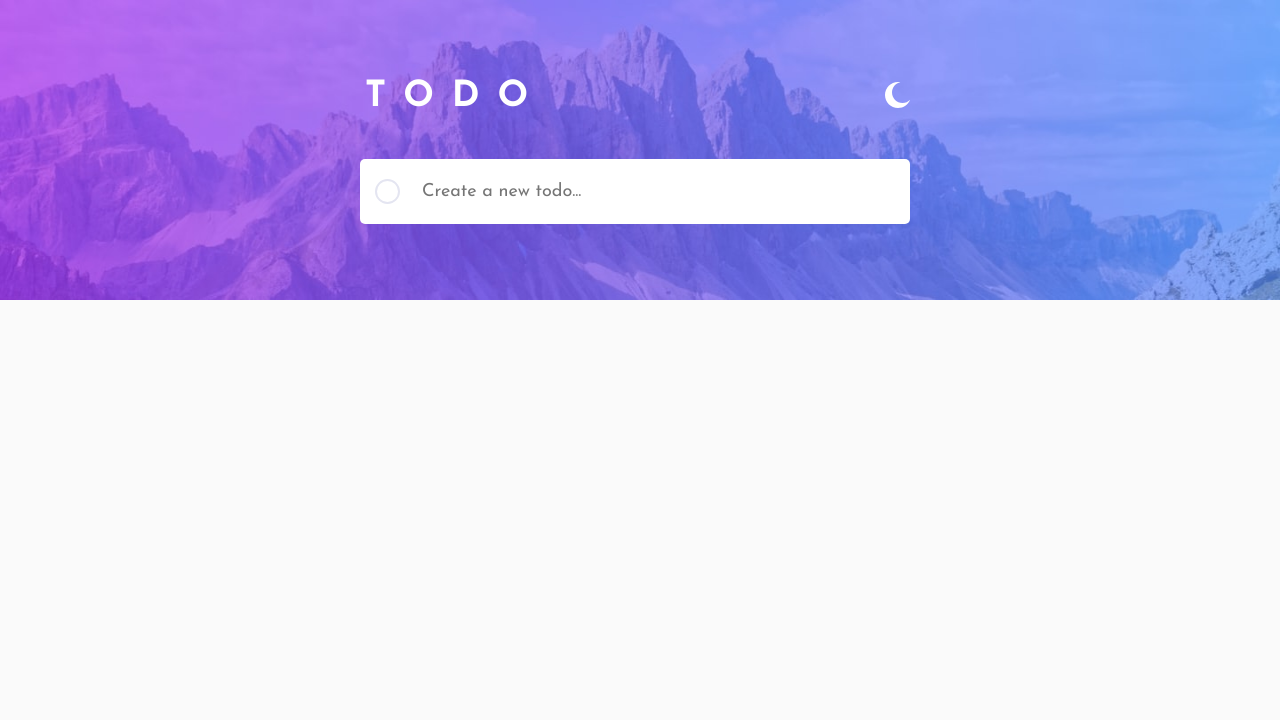
Repository: Haviles04/todoapp
Page: /
An editor plug-in stored every save of this project. The page is shown before and after the next save, followed by the edit.
The browser window is 1280 px wide. The pictures show the whole page.
The project was rebuilt for these pictures with package versions that can differ from the ones it lists, and the page was loaded fresh each time.

Above is the page before, as saved 2022-10-17 20:14:55.

### src/App.js
import React from 'react';
import './App.css';
import TaskInput from './components/taskInput/TaskInput'
import TaskDisplay from './components/taskDisplay/TaskDisplay';
import Header from './components/header/Header'

function App() {
  return (
    <div className="App">
      <Header />
      <TaskInput />
      <TaskDisplay />
    </div>
  );
}

export default App;

### src/App.css
@import url('https://fonts.googleapis.com/css2?family=Josefin+Sans:wght@400;700&display=swap');

body, html{
    width: 100vw;
    height: auto;
    margin: 0;
    font-family: 'Josefin Sans', sans-serif;
    font-size: 18px;
    display: flex;
    justify-content: center;
    background-image: url('./assests/bg-desktop-light.jpg');
    background-repeat: no-repeat;
    background-size: 100% 300px;
    background-color: hsl(0, 0%, 98%);
}

### src/components/taskInput/TaskInput.jsx
import React from 'react'
import './taskInput.css'

function TaskInput() {
  return (
    <div className='inputContainer'>
        <form>
            <button id='taskBtn' className='taskBtn' type="submit"></button>
            <input id='taskInput' className='taskInput' type="text" placeholder='Create a new todo...'></input>
        </form>
    </div>
  )
}

export default TaskInput

### src/components/taskDisplay/TaskDisplay.jsx
import React from 'react'
import './taskDisplay.css'

function TaskDisplay() {
  return (
    <div className='taskDisplay'>

    </div>
  )
}

export default TaskDisplay

### src/components/header/Header.jsx
import React from 'react'
import './header.css'


function Header() {
  return (
    <div id="header" className='header'>

        <h1>TODO</h1>
        <button className='modeToggle'></button>

    </div>
  )
}

export default Header

### src/components/taskInput/taskInput.css
.inputContainer{
    height: 65px;
    width: 550px;
    background-color: white;
    border-radius: 5px;
    display: flex;
    justify-content: space-between;
    align-items: center;
    margin-top: 15px;
}

form{
    display:flex;
    align-items: center;
}

.taskBtn{
    width:25px;
    height: 25px;
    border-radius: 50%;
    border:2px solid hsl(236, 33%, 92%);
    background-color: transparent;
    margin-left: 15px;


}

.taskInput{
    width: 450px;
    height: 30px;
    margin-left: 20px;
    font-family: 'Josefin Sans', sans-serif;
    border: 0;
    outline: none;
    font-size: 18px;
}

### src/components/taskDisplay/taskDisplay.css
.taskDisplay {
    margin-top: 20px;
    width: 550px;
    height: auto;
    background-color: white;
    border-radius: 6px;
    box-shadow: 10px 65px 60px hsl(236, 33%, 92%);
}

### src/components/header/header.css
.header{
    padding: 5px;
    width: 550px;
    margin-top: 50px;
    display: flex;
    justify-content: space-between;
    align-items: center;
}

.modeToggle{
    background-image: url('../../assests/icon-moon.svg');
    height: 30px;
    width: 30px;
    border: none;
    background-color: transparent;
    background-repeat: no-repeat;
}

.modeToggle:hover{
    cursor: pointer;
}

.header h1{
    color: white;
    letter-spacing: 1rem;
}

Loaded but not shown: public/index.html (common file); src/index.js (common file)

After the next save:
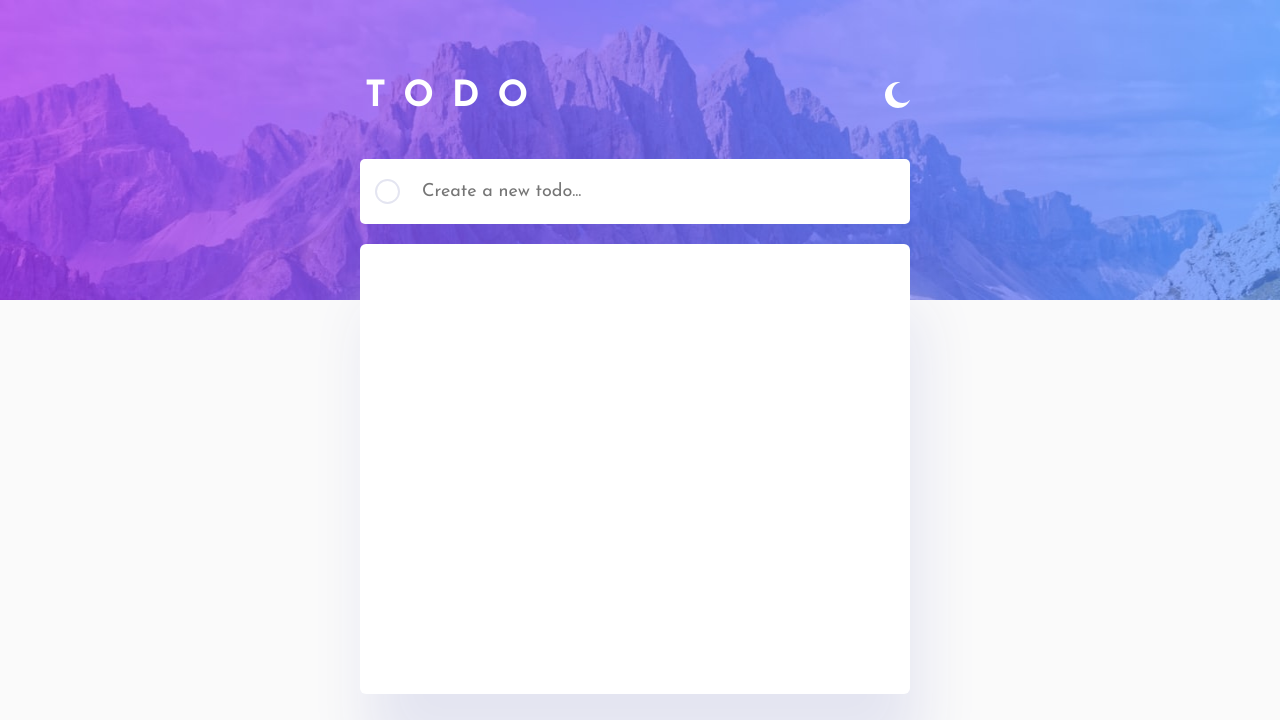
Saved 12 s later.
--- a/src/components/taskDisplay/taskDisplay.css
+++ b/src/components/taskDisplay/taskDisplay.css
@@ -1,7 +1,7 @@
 .taskDisplay {
     margin-top: 20px;
     width: 550px;
-    height: auto;
+    height: 450px;
     background-color: white;
     border-radius: 6px;
     box-shadow: 10px 65px 60px hsl(236, 33%, 92%);
